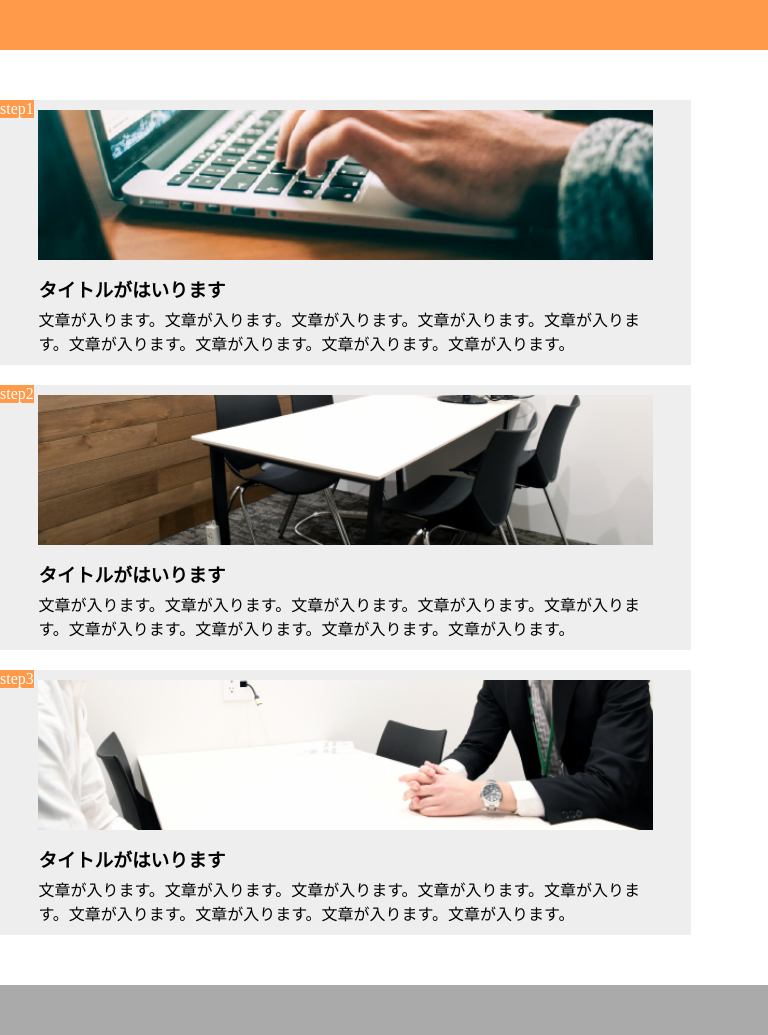
Repository: HARUNIKA/dmm-webcamp
Page: chapter9/chapter9.html
The author's editor kept a record of every edit. The page is drawn from the files as they stood at one moment, then again after the next edit.
The browser window is 768 px wide. The pictures show the whole page.

Above is the page before.

After the next edit:
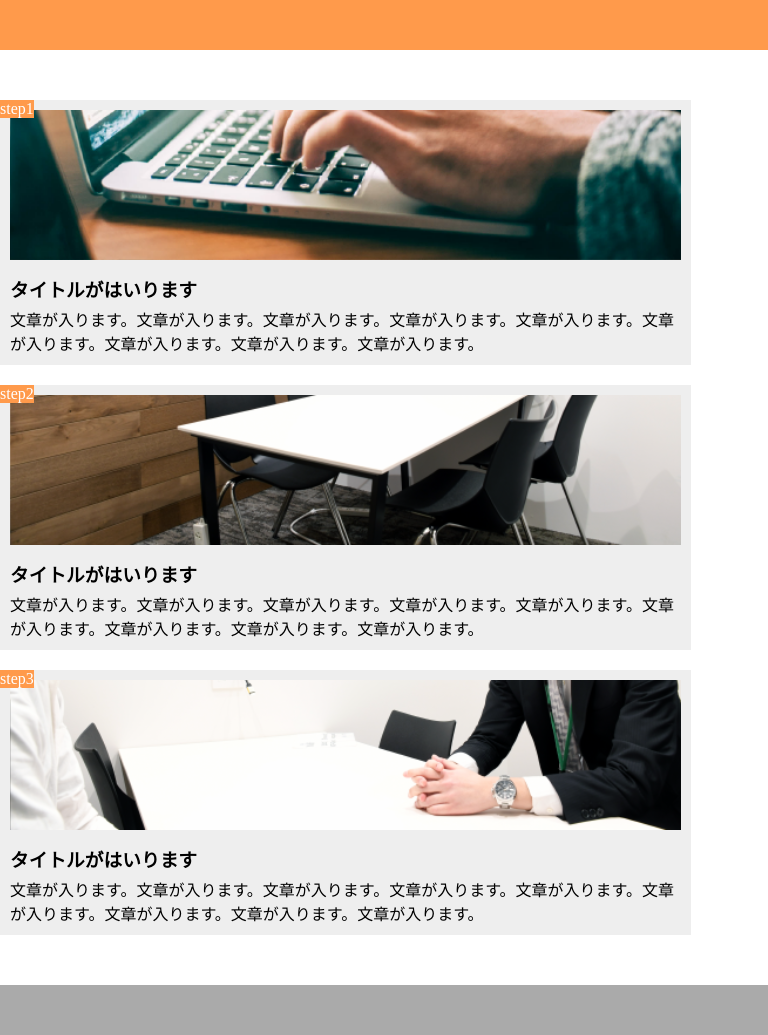
The edit:
--- a/chapter9/chapter9.css
+++ b/chapter9/chapter9.css
@@ -78,12 +78,7 @@
   .step-box{
     width: 90%;
     margin-bottom: 20px;
-    padding-left: 5%;
-    padding-right: 5%;
-
   }
-
-
 
   .padding{
     margin-bottom: 50px;
